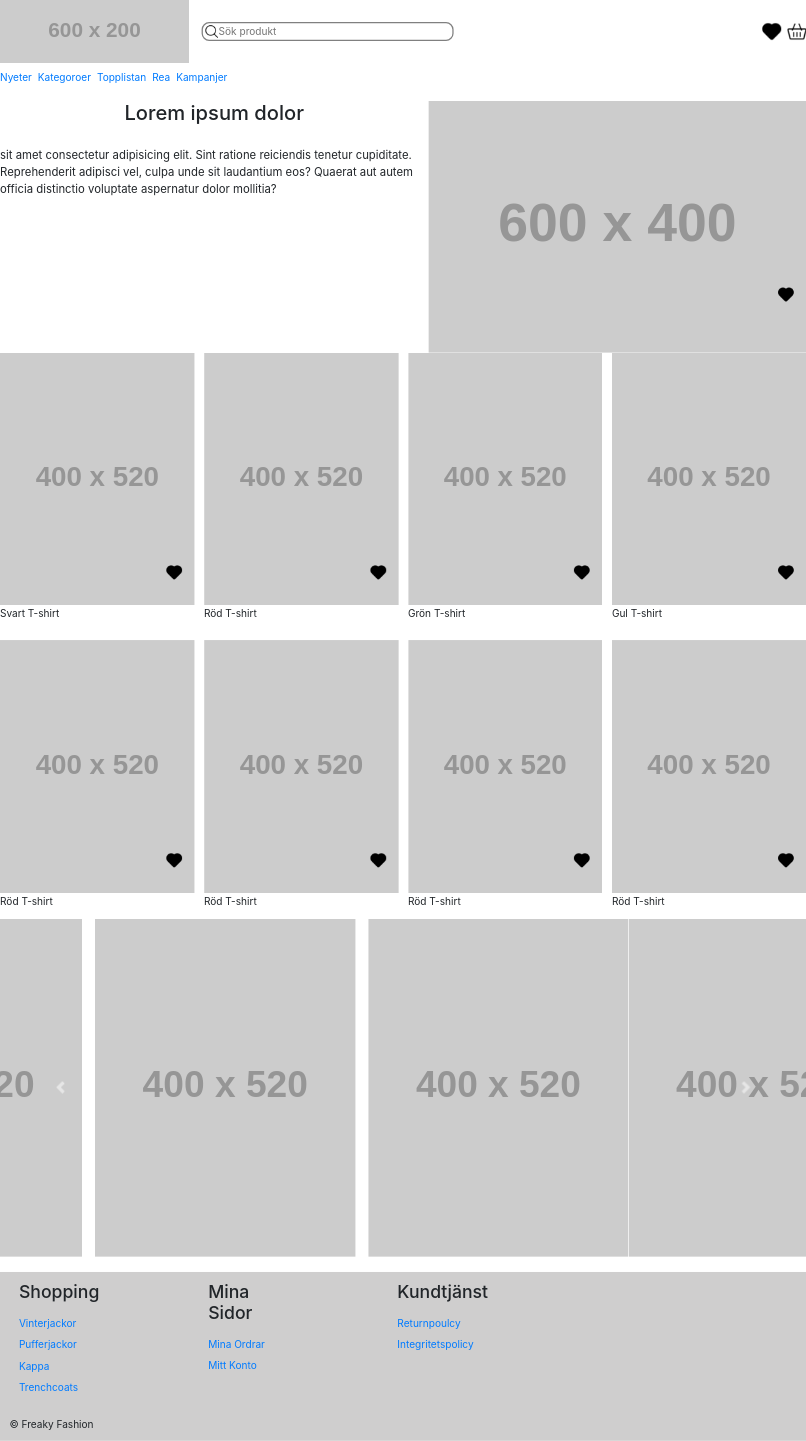
Repository: Kalle1995/project
Page: index.html
An editor plug-in stored every save of this project. The page is shown before and after the next save, followed by the edit.
The browser window is 1280 px wide. The pictures show the whole page, at 63% of full size.

Above is the page before, as saved 2024-10-06 20:12:20.

After the next save:
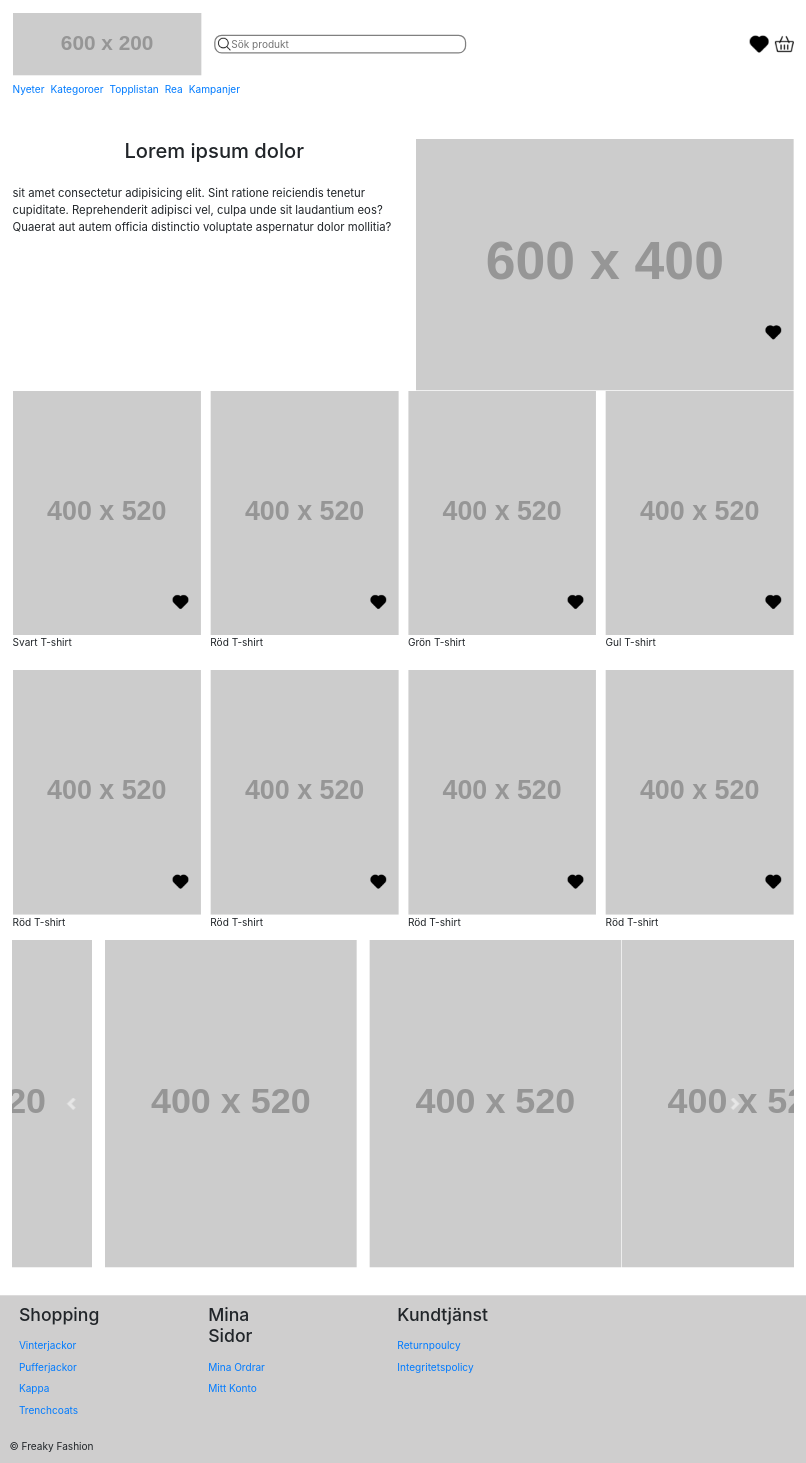
Saved 5 min 2 s later.
--- a/main.css
+++ b/main.css
@@ -110,6 +110,14 @@ ul {
 
 .small-footer {
     display: none;
+}
+
+header {
+    padding: 20px;
+}
+
+main {
+    padding: 20px;
 }
 
 
